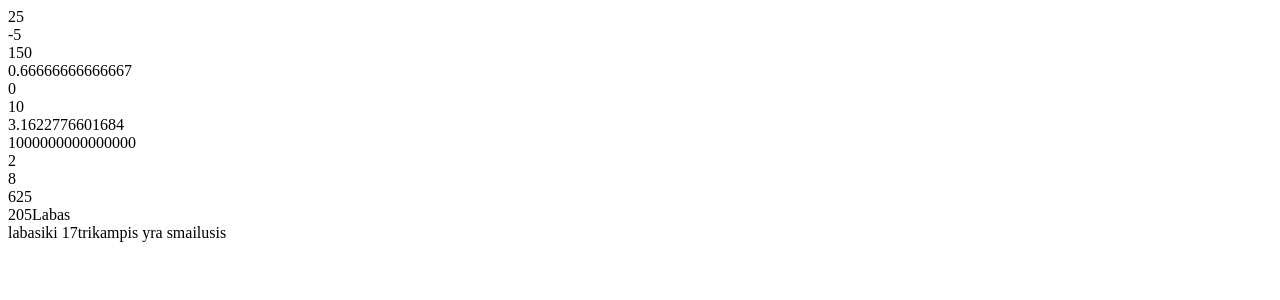
Repository: motiejus1/02-paskaita-PHP-05.31
Page: http://localhost/
These files come from the project's save history. The page is drawn as it stood at one moment and after a run of saves; the edit follows.
The browser window is 1280 px wide. The pictures show the whole page.
The page is run by PHP 8.4 with error messages shown; the project is at /var/www/html/.

Above is the page before, as saved 2021-07-23 18:57:04.

After the next 2 saves:
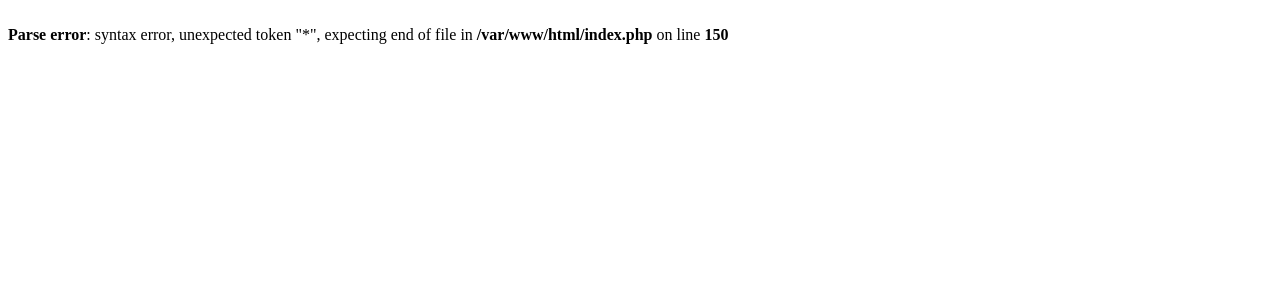
The 2 saves are shown as one change because they came seconds apart.
The last was saved 3 min 47 s later.
--- a/index.php
+++ b/index.php
@@ -142,6 +142,16 @@
         echo "trikampis yra smailusis";
     }
 
+    //1. Suprogramuokite skriptą, kuris rastų didžiausią skaičių iš dviejų aprašytų.
+
+
+Papildomai:
+
+*Abu skaičiai yra paimami iš dviejų skirtingų input laukelių.
+ *Rezultatas išvedamas neaktyviame(disabled) input laukelyje.
+
+
+
     ?>
 </body>
 </html>

After the 3 saves that followed:
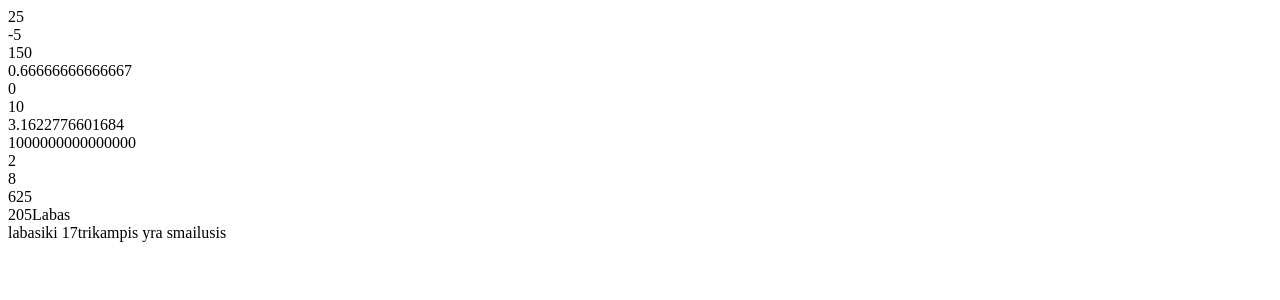
The 3 saves are shown as one change because they came seconds apart.
The last was saved 8 s later.
--- a/index.php
+++ b/index.php
@@ -144,11 +144,10 @@
 
     //1. Suprogramuokite skriptą, kuris rastų didžiausią skaičių iš dviejų aprašytų.
 
+    // Papildomai:
 
-Papildomai:
-
-*Abu skaičiai yra paimami iš dviejų skirtingų input laukelių.
- *Rezultatas išvedamas neaktyviame(disabled) input laukelyje.
+// *Abu skaičiai yra paimami iš dviejų skirtingų input laukelių.
+//  *Rezultatas išvedamas neaktyviame(disabled) input laukelyje.
 
 
 
